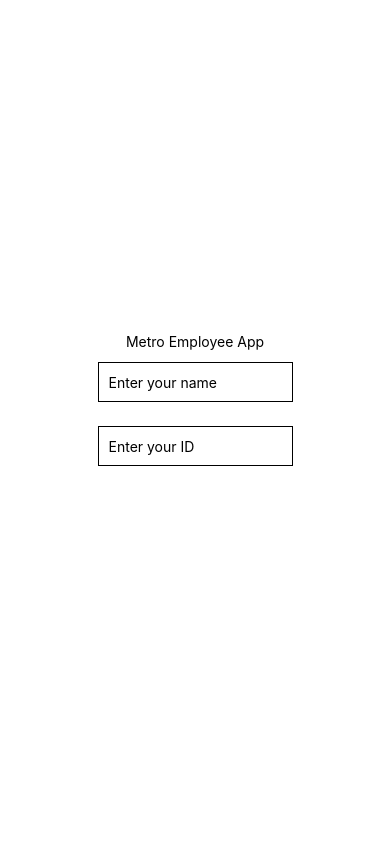
Repository: VishnuJG/Metro-Employee-App
Screen: /
The author's editor kept a copy of each file at every save. The screen is drawn from the files as they stood at one save, then again after the next save.
The app was drawn by React Native's web renderer in a window 390 px wide. The project was rebuilt for these pictures with package versions that can differ from the ones it lists, and the page was loaded fresh each time.

Above is the screen before, as saved 2022-06-28 12:48:34.

After the next save:
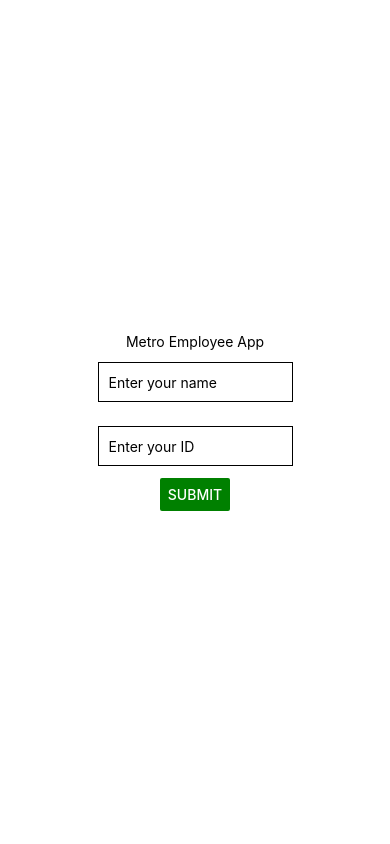
Saved 8 s later.
--- a/App.js
+++ b/App.js
@@ -37,7 +37,7 @@ export default function App() {
           keyboardType="numeric"
         />
       <Button title="Submit"
-        color="dodgeblue" onPress={onSubmit}/>
+        color="green" onPress={onSubmit}/>
     </View>
   );
 }
